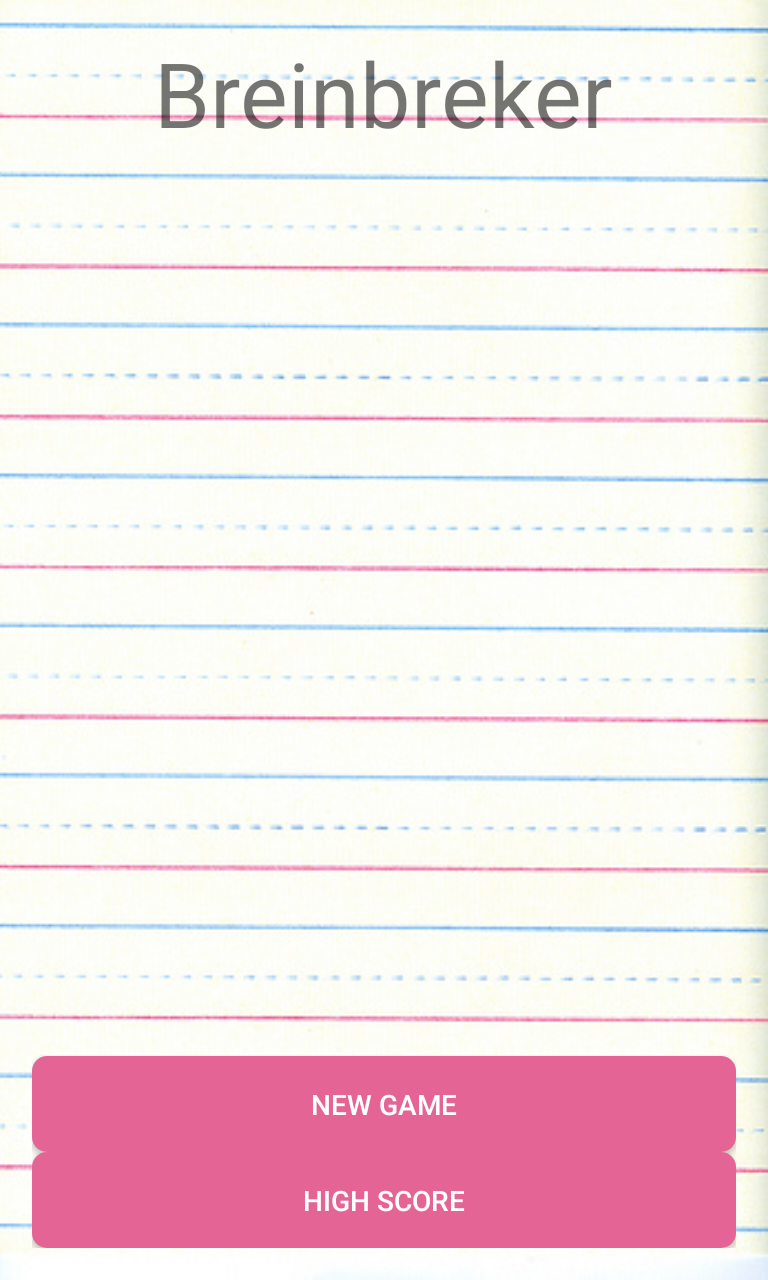
Repository: jelleswester/Breinbreker
Layout: Breinbreker/res/layout/activity_start_screen.xml
These files come from the project's save history. The layout is drawn as it stood at one moment and after the next save; the edit follows.
It is drawn on a 768 x 1280 px phone screen (xhdpi) without system bars, with theme AppTheme; the app's code is not run.

Above is the layout before, as saved 2015-01-28 08:58:24.

### Breinbreker/res/layout/activity_start_screen.xml
<RelativeLayout xmlns:android="http://schemas.android.com/apk/res/android"
    xmlns:tools="http://schemas.android.com/tools"
    android:id="@+id/relativeLayout1"
    android:layout_width="match_parent"
    android:layout_height="match_parent"
    android:paddingBottom="@dimen/activity_vertical_margin"
    android:paddingLeft="@dimen/activity_horizontal_margin"
    android:paddingRight="@dimen/activity_horizontal_margin"
    android:paddingTop="@dimen/activity_vertical_margin"
    android:background="@drawable/background"
    tools:context="nl.mprog.jelleswester.breinbreker.StartScreenActivity" >

    <TextView
        android:id="@+id/textView1"
        android:layout_width="wrap_content"
        android:layout_height="wrap_content"
        android:layout_alignParentTop="true"
        android:layout_centerHorizontal="true"
        android:text="@string/brein_breker"
        android:textSize="45sp" />

    <Button
        android:id="@+id/highScoreButton"
        android:layout_width="fill_parent"
        android:layout_height="wrap_content"
        android:layout_alignParentBottom="true"
        android:layout_centerHorizontal="true"
        android:onClick="highScoreButton"
        android:background="@drawable/button_shape"
        android:textColor="@color/white"
        android:text="@string/high_score" />

    <Button
        android:id="@+id/newGameButton"
        android:layout_width="fill_parent"
        android:layout_height="wrap_content"
        android:layout_above="@+id/highScoreButton"
        android:layout_alignLeft="@+id/highScoreButton"
        android:onClick="newGameButton"
        android:background="@drawable/button_shape"
        android:textColor="@color/white"
        android:text="@string/new_game" />

</RelativeLayout>

### Breinbreker/res/values/strings.xml
<?xml version="1.0" encoding="utf-8"?>
<resources>

    <string name="app_name">Breinbreker</string>
    <string name="hello_world">Hello world!</string>
    <string name="action_settings">Settings</string>
    <string name="title_activity_game_play">GamePlay</string>
    <string name="title_activity_high_score">HighScore</string>
    <string name="title_activity_you_won">YouWon</string>
    <string name="brein_breker">Breinbreker</string>
    <string name="start_game">START</string>
    <string name="high_score">High Score</string>
    <string name="back">Back</string>
    <string name="confirm">Confirm</string>
    <string name="you_won">You Won</string>
    <string name="congratulations">Congratulations!</string>
    <string name="high_score_entry">Please enter your name for your high score:</string>
    <string name="example_name">Bob</string>
    <string name="example_high_score">1.    Bob               03:59:15</string>
    <string name="characters">AAAA</string>
    <string name="symbol">+</string>
    <string name="symbol_equal">=</string>
    <string name="text">1234</string>
    <string name="continue_game">Continue Game</string>
    <string name="new_game">New Game</string>
    <string name="hint">Hint</string>


</resources>

### Breinbreker/res/drawable-hdpi/button_shape.xml
<?xml version="1.0" encoding="UTF-8"?>
<shape
    xmlns:android="http://schemas.android.com/apk/res/android">
    <stroke
        android:width="1dp"
        android:color="#E46495"/>
    <corners
        android:radius="7dp" />

    <padding
        android:left="1dp"
        android:right="1dp"
        android:top="1dp"
        android:bottom="1dp"/>

    <solid android:color="#E46495"/>

</shape>

### Breinbreker/res/values/color.xml
<?xml version="1.0" encoding="utf-8"?>
<resources>
    <item name="white" type="color">#FFFFFF</item>
</resources>

Loaded but not shown: Breinbreker/res/values/styles.xml (common file); Breinbreker/res/values-v11/styles.xml (common file); Breinbreker/res/values-v14/styles.xml (common file); Breinbreker/res/values/dimens.xml (common file); Breinbreker/res/values-w820dp/dimens.xml (common file)

After the next save:
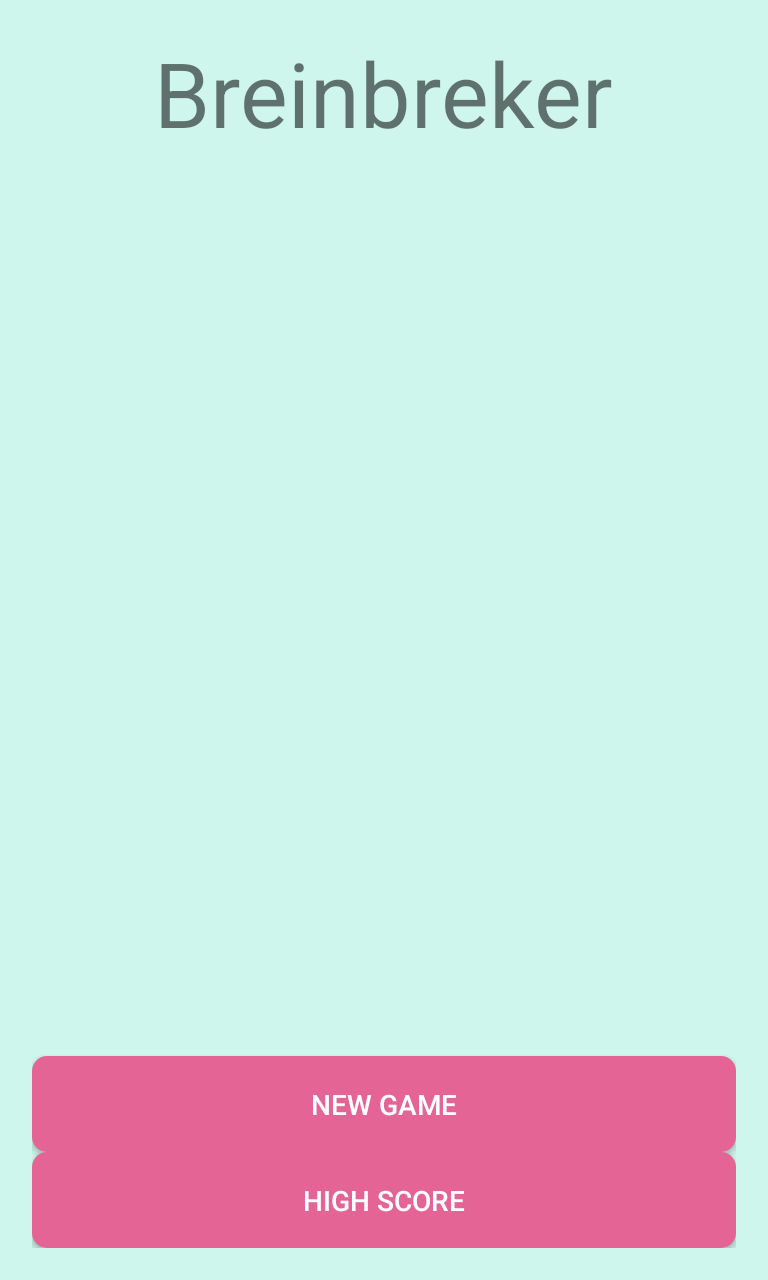
Saved 3 h 54 min later.
--- a/Breinbreker/res/layout/activity_start_screen.xml
+++ b/Breinbreker/res/layout/activity_start_screen.xml
@@ -7,7 +7,7 @@
     android:paddingLeft="@dimen/activity_horizontal_margin"
     android:paddingRight="@dimen/activity_horizontal_margin"
     android:paddingTop="@dimen/activity_vertical_margin"
-    android:background="@drawable/background"
+    android:background="#CEF6EC"
     tools:context="nl.mprog.jelleswester.breinbreker.StartScreenActivity" >
 
     <TextView
